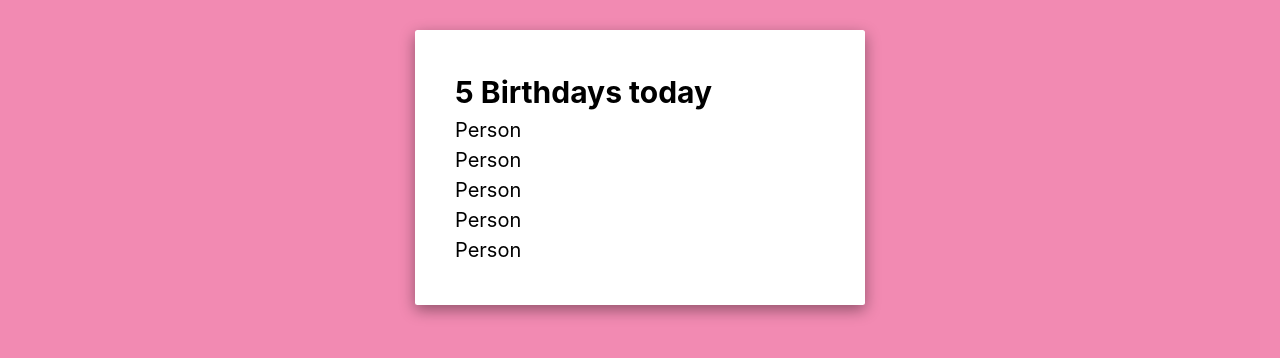
Repository: thaiduy1704/ReactTypeScript-Basic
Page: / (app in 01-birthday-reminder/)
These files come from the project's save history. The page is drawn as it stood at one moment and after a run of saves; the edit follows.
The browser window is 1280 px wide. The pictures show the whole page.
The project was rebuilt for these pictures with package versions that can differ from the ones it lists, and the page was loaded fresh each time.

Above is the page before, as saved 2022-08-05 16:16:47.

After the next 3 saves:
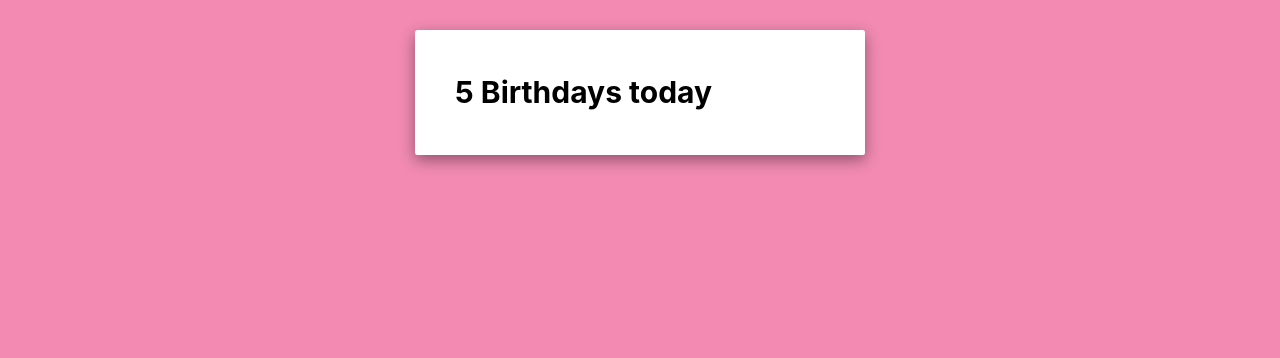
The 3 saves are shown as one change because they came seconds apart.
The last was saved 10 s later.
--- a/01-birthday-reminder/src/components/Person.tsx
+++ b/01-birthday-reminder/src/components/Person.tsx
@@ -9,7 +9,7 @@ export interface PersonType {
 }
 
 const Person: React.FC<PersonType> = ({ id, name, age, image }) => {
-  return <div>Person</div>;
+  return
 };
-const Wrapper = styled.se
+const Wrapper = styled.article``;
 export default Person;
